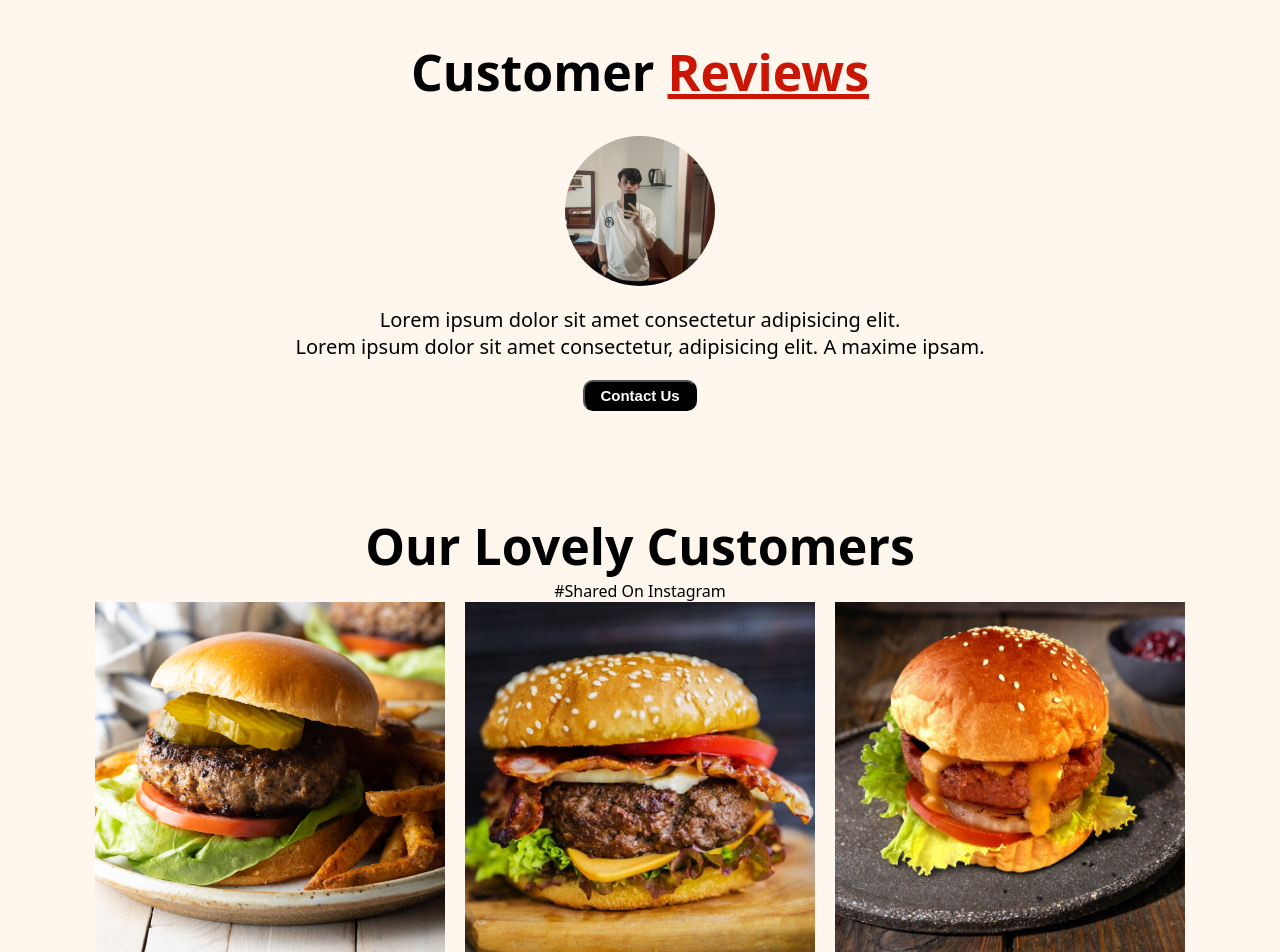
Repository: duc-thanh-2303/food
Page: index.html
The author's editor kept a copy of each file at every save. The page is drawn from the files as they stood at one save, then again after the next save.
The browser window is 1280 px wide. The pictures show the part of the page from y = 2165 to 3117 px (the page is 3117 px tall).
A picture or video elsewhere on the page could not be fetched, so the positions and the page height are approximate.

Above is the page before, as saved 2022-11-29 16:17:19.

### index.html
<!DOCTYPE html>
<html lang="en">
<head>
    <meta charset="UTF-8">
    <meta http-equiv="X-UA-Compatible" content="IE=edge">
    <meta name="viewport" content="width=device-width, initial-scale=1.0">
    <title>Food</title>

    <link rel="stylesheet" href="./css/main.css">
    <link rel="stylesheet" href="./css/header.css">
    <link rel="stylesheet" href="./css/wrap.css">
    <link rel="stylesheet" href="./css/footer.css">
</head>
<body>

    <!-- header -->
    <header id="header">
        <img src="./img/burger.png" alt="" class="header__img">
        <div class="header__menu">
            <p>ORDER MENU</p>
            <p>CONTACT US</p>
        </div>
    </header>

    <!-- content -->
    <div id="wrap-content">

        <div class="title">
            <div class="title__name">
                <p class="title__name-first">TRY OUR NEW</p>
                <p class="title__name-second">YUMMY! BEEF BURGER</p>
                <span>hungry? let's meat up</span>
                <button class="title__name-btn">ORDER HERE!</button>
            </div>
            <img src="./img/main.png" alt="" class="title__img">
        </div>

        <div class="menu">
            <h1>OUR <span class="menu__title">MENU</span></h1>
            <div class="menu__section">
                <div class="menu__section__box">
                    <img src="./img/qc__1.png" alt="" class="menu__section__box__img">
                    <h3>CHEEZ BURGER</h3>
                    <p>Lorem ipsum dolor sit, amet consectetur adipisicing elit. Placeat ipsam debitis voluptate enim.</p>
                </div>

                <div class="menu__section__box">
                    <img src="./img/qc__2.png" alt="" class="menu__section__box__img">
                    <h3>CHEEZ BURGER</h3>
                    <p>Lorem ipsum dolor sit, amet consectetur adipisicing elit. Placeat ipsam debitis voluptate enim.</p>
                </div>

                <div class="menu__section__box">
                    <img src="./img/qc__1.png" alt="" class="menu__section__box__img">
                    <h3>CHEEZ BURGER</h3>
                    <p>Lorem ipsum dolor sit, amet consectetur adipisicing elit. Placeat ipsam debitis voluptate enim.</p>
                </div>

                <div class="menu__section__box">
                    <img src="./img/qc__2.png" alt="" class="menu__section__box__img">
                    <h3>CHEEZ BURGER</h3>
                    <p>Lorem ipsum dolor sit, amet consectetur adipisicing elit. Placeat ipsam debitis voluptate enim.</p>
                </div>
            </div>
        </div>

        <div class="combo">
            <h1 class="combo__title">SPECIAL CAMBO PACK</h1>
            <p class="combo__infor">Dady Burger, Fries & Soft Drink</p>
            <img src="./img/combo.png" alt="" class="combo__img">
        </div>

        <div class="customer">
            <h1 class="customer__name">Customer <span>Reviews</span></h1>
            <img src="./img/z3869192479946_b16734736fdfa61bce0daaa9820a2c93.jpg" class="customer__img" alt="">
            <div class="customer__infor">
                <p>Lorem ipsum dolor sit amet consectetur adipisicing elit.</p>
                <p>Lorem ipsum dolor sit amet consectetur, adipisicing elit. A maxime ipsam.</p>
            </div>
            <button class="customer__btn">Contact Us</button>
        </div>

        <div class="section">
            <h1>Our Lovely Customers</h1>
            <p>#Shared On Instagram</p>
            <div class="section__img">
                <img src="./img/team__1.jpg" alt="">
                <img src="./img/team__2.jpg" alt="">
                <img src="./img/team__3.jpg" alt="">
            </div>
        </div>
    </div>

    <!-- footer -->
    <footer id="footer">

    </footer>

    <script type="module" src="https://unpkg.com/ionicons@5.5.2/dist/ionicons/ionicons.esm.js"></script>
    <script nomodule src="https://unpkg.com/ionicons@5.5.2/dist/ionicons/ionicons.js"></script>
</body>
</html>

### css/main.css
@import url('https://fonts.googleapis.com/css2?family=Roboto:wght@100;300;500;700&display=swap');

* {
    margin: 0;
    padding: 0;
    box-sizing: border-box;
}

html {
    scroll-behavior: smooth;
}

:root {
    --white: #FFF6ED;
    --yellow: #FF8803;
    --orance: #F76E00;
    --red: #C91605;
    --bg: #E9DBC7;
}

body {
    background-color: var(--white);
    font-family: system-ui, -apple-system, BlinkMacSystemFont, 'Segoe UI', Roboto, Oxygen, Ubuntu, Cantarell, 'Open Sans', 'Helvetica Neue', sans-serif;
}

### css/header.css
:root {
    --white: #FFF6ED;
    --yellow: #FF8803;
    --orance: #F76E00;
    --red: #C91605;
    --bg: #E9DBC7;
}

#header {
    display: flex;
    flex-direction: row;
    justify-content: space-between;
    margin-left: 50px;
    margin-right: 50px;
    margin-top: 10px;
}

.header__img {
    width: 75px;
    height: 75px;
    object-fit: cover;
    object-position: center;
}

.header__menu {
    display: flex;
    flex-direction: row;
    justify-content: center;
    align-items: center;
}

.header__menu p {
    margin-left: 5px;
    margin-right: 5px;
    font-weight: bold;
    font-size: 20px;
    cursor: pointer;
    transition: all 0.15s;
}

.header__menu p:hover{
    color: var(--red);
    text-decoration: underline;
}

### css/wrap.css
:root {
    --white: #FFF6ED;
    --yellow: #FF8803;
    --orance: #F76E00;
    --red: #C91605;
    --bg: #E9DBC7;
}

#wrap-content {
    margin-left: 50px;
    margin-right: 50px;
}

.title {
    display: flex;
    flex-direction: row;
    justify-content: center;
    align-items: center;
    height: 80vh;
}

.title__img {
    width: 650px;
    height: 650px;
    object-fit: cover;
    object-position: center;
}

.title__name {
    display: flex;
    flex-direction: column;
    text-align: left;
    line-height: 1.2;
}

.title__name-first,
.title__name-second {
    font-size: 50px;
    font-weight: bold;
}

.title__name-second {
    color: var(--red);
}

.title__name > span {
    font-size: 15px;
}

.title__name-btn {
    margin-top: 10px;
    background-color: var(--orance);
    color: black;
    border: none;
    width: 200px;
    height: 40px;
    font-weight: bold;
    font-size: 25px;
    cursor: pointer;
    transition: all 0.3s;
}

.title__name-btn:hover {
    border-radius: 10px;
    background-color: var(--white);
    border: solid 2px var(--orance);
    color: var(--orance);
}

.menu {
    height: 100vh;
    display: flex;
    flex-direction: column;
    justify-content: center;
    align-items: center;
}

h1 {
    font-size: 50px;
}

.menu__title {
    color: var(--red);
    font-size: 50px;
    margin: 0 0 0 0;
}

.menu__section {
    display: flex;
    flex-direction: row;
}

.menu__section__box {
    display: flex;
    flex-direction: column;
    justify-content: center;
    align-items: center;
    width: 250px;
    height: auto;
    background-color: var(--bg);
    padding: 10px 20px 10px 20px;
    border-radius: 10px;
    margin: 90px 20px 0 20px ;
}

.menu__section__box__img {
    width: 180px;
    object-fit: cover;
    object-position: center;
}

h3 {
    color: var(--red);
    font-size: 20px;
}

.combo {
    display: flex;
    flex-direction: column;
    justify-content: center;
    align-items: center;
    height: 100vh;
}

.combo__title,
.combo__infor {
    color: var(--red);
}

.combo__img {
    width: 600px;
    object-fit: cover;
    object-position: center;
    margin: 50px 0 0 0;
}

.customer {
    display: flex;
    flex-direction: column;
    justify-content: center;
    align-items: center;
    height: 80vh;
}

.customer__name > span {
    color: var(--red);
    text-decoration: underline;
    margin: 0 0 0 0;
}

.customer__img {
    width: 150px;
    height: 150px;
    object-fit: cover;
    object-position: center;
    border-radius: 100rem;
    margin: 30px 0 0 0;
}

.customer__infor {
    margin: 20px 0 0 0;
    text-align: center;
    font-size: 20px;
}

.customer__btn {
    margin: 20px 0 0 0;
    background-color: black;
    color: white;
    padding: 5px 15px;
    font-size: 15px;
    border-radius: 10px;
    font-weight: bold;
    transition: all 0.3s;
}

.customer__btn:hover {
    color: black;
    background-color: white;
    border: solid 1px black;
}

.section {
    display: flex;
    flex-direction: column;
    justify-content: center;
    align-items: center;
}

.section__img {
    display: flex;
    flex-direction: row;
    justify-content: center;
    align-items: center;
}

.section__img > img {
    width: 350px;
    height: 350px;
    object-fit: cover;
    object-position: center;
    margin-left: 10px;
    margin-right: 10px;
}

Loaded but not shown: css/footer.css (no stored copy; drawn as an empty file)

After the next save:
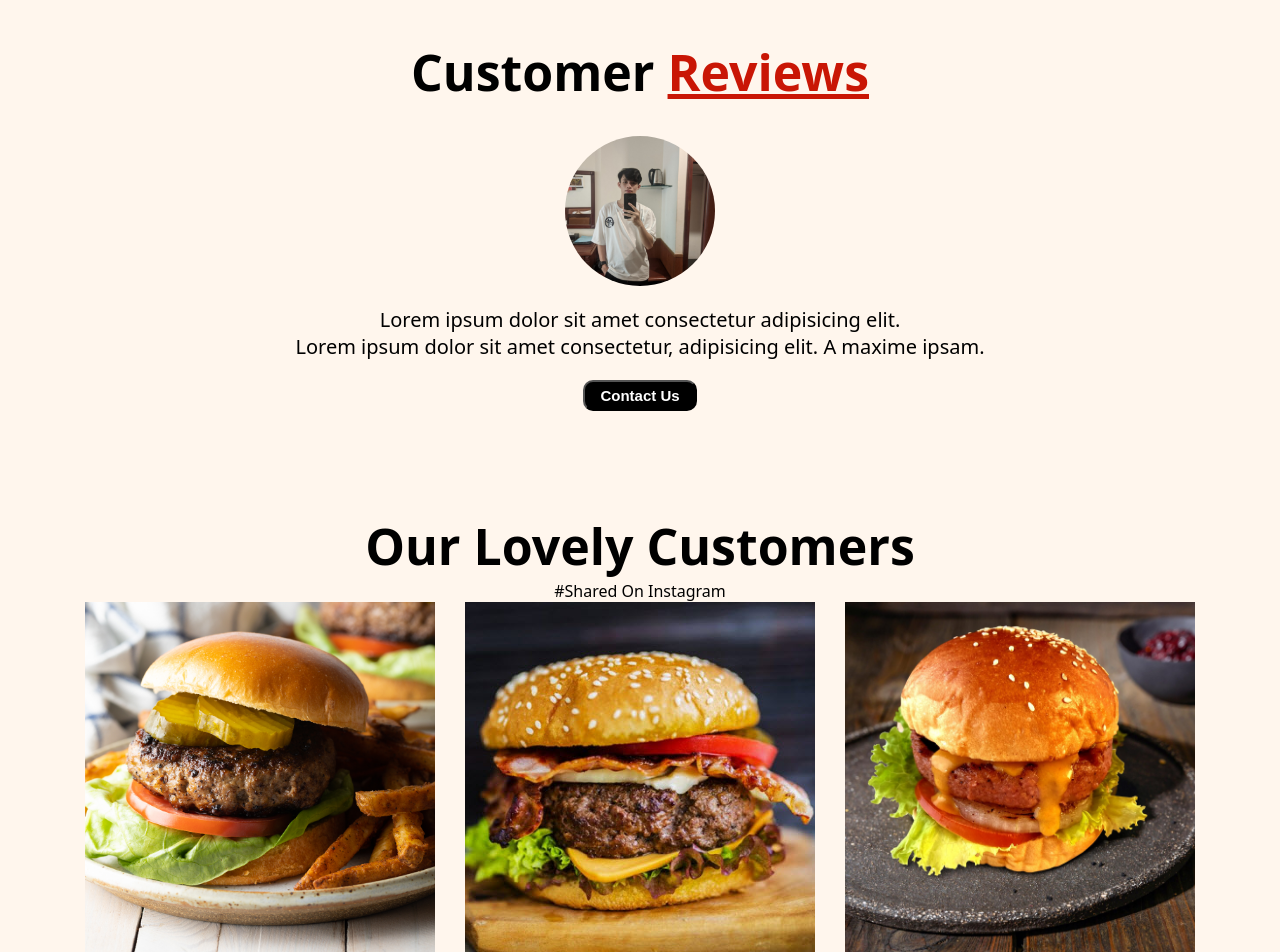
Saved 13 s later.
--- a/css/wrap.css
+++ b/css/wrap.css
@@ -199,6 +199,6 @@
     height: 350px;
     object-fit: cover;
     object-position: center;
-    margin-left: 10px;
-    margin-right: 10px;
-}
+    margin-left: 15px;
+    margin-right: 15px;
+}
